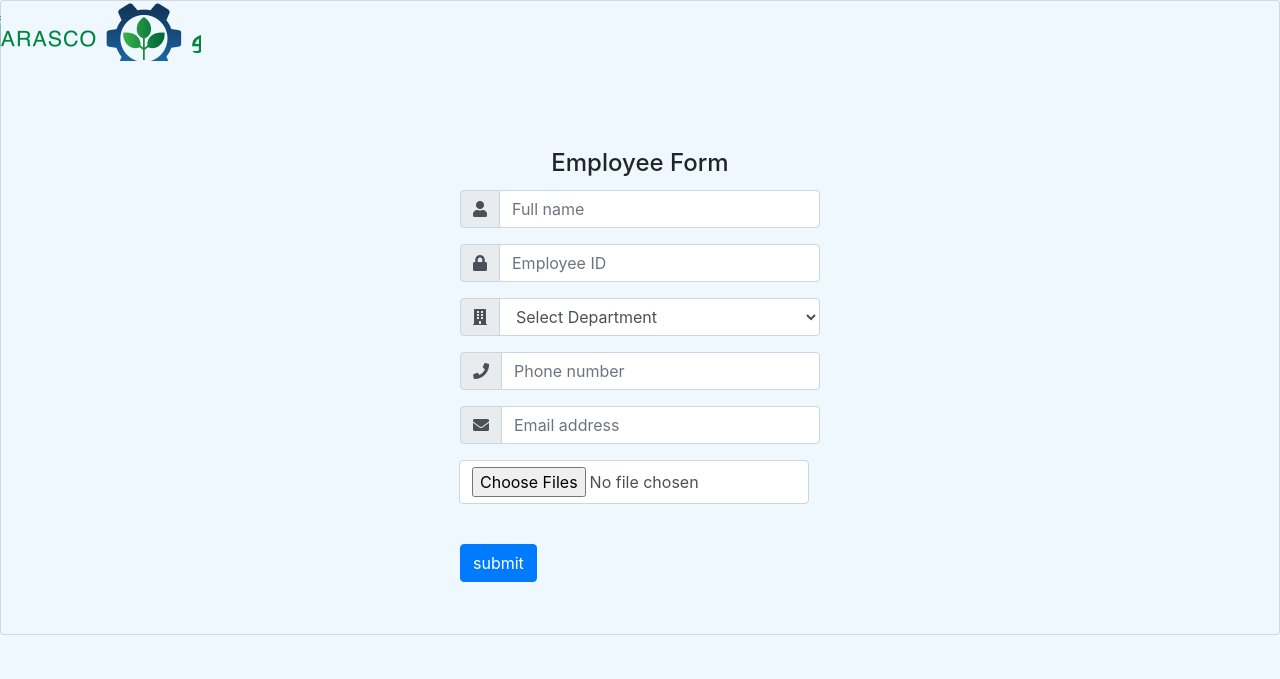
Repository: Abdulah68/ARASCO
Page: index.html
These files come from the project's save history. The page is drawn as it stood at one moment and after the next save; the edit follows.
The browser window is 1280 px wide. The pictures show the whole page.
Some web libraries are served in a nearby version.

Above is the page before, as saved 2020-12-24 14:40:57.
Console error: TypeError: Cannot read properties of undefined (reading 'fn')

### index.html
<link href="//maxcdn.bootstrapcdn.com/bootstrap/4.0.0/css/bootstrap.min.css" rel="stylesheet" id="bootstrap-css">
<script src="//maxcdn.bootstrapcdn.com/bootstrap/4.0.0/js/bootstrap.min.js"></script>
<!------ Include the above in your HEAD tag ---------->
<link rel="stylesheet" href="https://use.fontawesome.com/releases/v5.0.8/css/all.css">
<head>
    <title>IARASCO</title>
    <link rel="stylesheet" href="style.css">
    <link rel = "icon" href = "Iamges/icon.png" />
  </head>
<body style="background-color: #F0F8FF !important" style="border-top: solid;">
<div class="card bg-light" style="background-color:#F0F8FF !important;">
    <head>
        <h1 class="logo">
        <a href="Iamges/ARASCO1.png" >ARASCO</a>
    </h1>
    </head>
<article class="card-body mx-auto" style="max-width: 400px;">
	<h4 class="card-title mt-3 text-center">Employee Form</h4>
	<form>
	<div class="form-group input-group">
		<div class="input-group-prepend">
		<span class="input-group-text"> <i class="fa fa-user"></i> </span>
		 </div>
        <input name="" class="form-control" placeholder="Full name" type="text">
    </div>

      <!-- form-group end.// -->
      <div class="form-group input-group">
    	<div class="input-group-prepend">
		<span class="input-group-text"> <i class="fa fa-lock"></i> </span>
		</div>
        <input class="form-control" placeholder="Employee ID " type="Employee ID">
    </div>

    <!-- form-group// -->
    <div class="form-group input-group">
     <div class="input-group-prepend">
     <span class="input-group-text"> <i class="fa fa-building"></i> </span>
      </div>
     <select class="form-control">
       <option selected=""> Select Department</option>
       <option>IT</option>
        <option>HR</option>
        <option>Srcurity</option>
      </select>
        </div>

     <!-- form-group// -->
    <div class="form-group input-group">
    	<div class="input-group-prepend">
		    <span class="input-group-text"> <i class="fa fa-phone"></i> </span>
        </div>
    	<input name="" class="form-control" placeholder="Phone number" type="text">
    </div>

     <!-- form-group// -->
    <div class="form-group input-group">
    	<div class="input-group-prepend">
		    <span class="input-group-text"> <i class="fa fa-envelope"></i> </span>
		 </div>
        <input name="" class="form-control" placeholder="Email address" type="email">
    </div>

     <!-- form-group// -->
    <div class="form-group input-group">
    	<div class="input-group-prepend">
    </div>

     <!-- form-group// -->
    <div class="mb-3">
        <input class="form-control" type="file" id="formFileMultiple" style="width:350px;" multiple><br/>
      </div>
      <!-- form-group// -->
    <div class="form-group">
        <button type="submit" class="btn btn-primary btn-block" style="text-align: center;"> submit  </button>
    </div>

</form>
</article>
</div> <!-- card.// -->

</div>
<!--container end.//-->
</body>

### style.css

.logo
{

    background: url(Iamges/ARASCO1.png);
    margin-top: 2px;
    margin-left: -572px;
    margin-right:1078px;
    margin-bottom: 52px;
    padding-bottom: 10px;


}

After the next save:
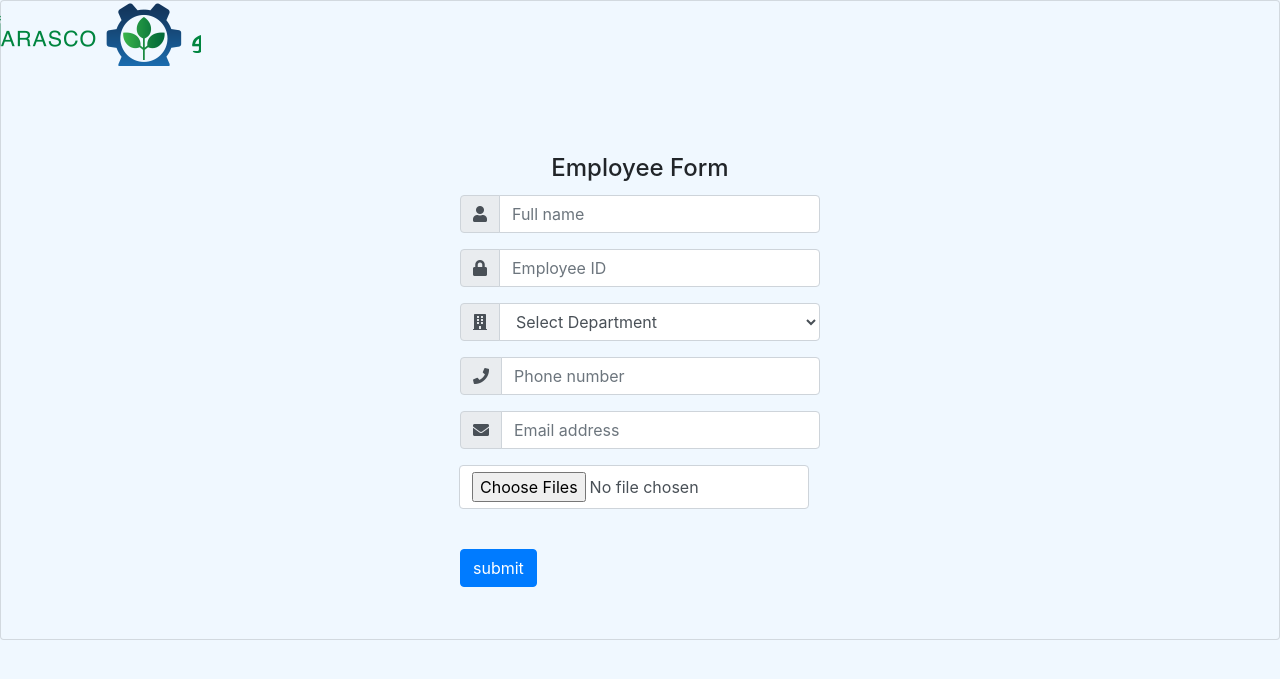
Saved 5 s later.
--- a/style.css
+++ b/style.css
@@ -7,7 +7,7 @@
     margin-left: -572px;
     margin-right:1078px;
     margin-bottom: 52px;
-    padding-bottom: 10px;
+    padding-bottom: 15px;
 
 
 }
